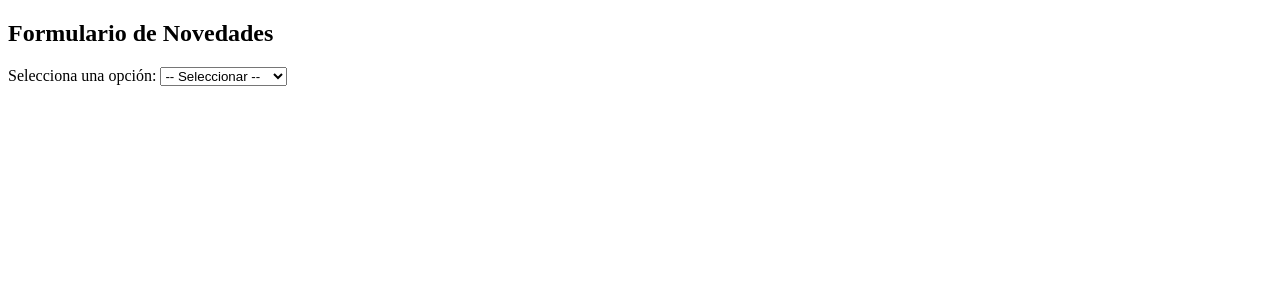
Repository: tayuanlogua/prototipo-de-control-de-accesos
Page: Patrullas/src/novedades.html
These files come from the project's save history. The page is drawn as it stood at one moment and after the next save; the edit follows.
The browser window is 1280 px wide. The pictures show the whole page.

Above is the page before, as saved 2024-09-03 12:42:30.

After the next save:
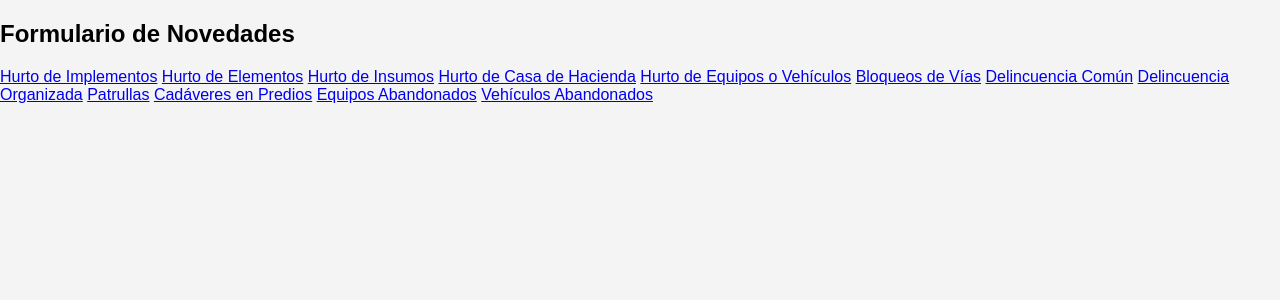
Saved 10 min 40 s later.
--- a/Patrullas/src/novedades.html
+++ b/Patrullas/src/novedades.html
@@ -1,34 +1,29 @@
 <!DOCTYPE html>
 <html lang="es">
-  <head>
-    <meta charset="UTF-8" />
-    <meta name="viewport" content="width=device-width, initial-scale=1.0" />
+<head>
+    <meta charset="UTF-8">
+    <meta name="viewport" content="width=device-width, initial-scale=1.0">
     <title>Formulario de Novedades</title>
-  </head>
-  <body>
+    <link rel="stylesheet" href="styles.css" />
+</head>
+</head>
+<body>
     <h2>Formulario de Novedades</h2>
-    <form action="" method="POST">
-      <label for="novedades">Selecciona una opción:</label>
-      <select id="novedades" name="novedades" onchange="redirigir()">
-        <option value="">-- Seleccionar --</option>
-        <option value="hurtos">Hurtos</option>
-        <option value="bloqueos_de_vias">Bloqueos de Vías</option>
-        <option value="informaciones">Informaciones</option>
-      </select>
-    </form>
 
-    <script>
-      function redirigir() {
-        var seleccion = document.getElementById("novedades").value;
+    <!-- Botones para cada tipo de novedad -->
+    <a href="hurto_implementos.html" class="novedad-button">Hurto de Implementos</a>
+    <a href="hurto_elementos.html" class="novedad-button">Hurto de Elementos</a>
+    <a href="hurto_insumos.html" class="novedad-button">Hurto de Insumos</a>
+    <a href="hurto_casa_hacienda.html" class="novedad-button">Hurto de Casa de Hacienda</a>
+    <a href="hurto_equipos_vehiculos.html" class="novedad-button">Hurto de Equipos o Vehículos</a>
 
-        if (seleccion === "hurtos") {
-          window.location.href = "hurto_form.html"; // Redirige a la página de hurtos
-        } else if (seleccion === "bloqueos_de_vias") {
-          window.location.href = "bloqueos_vias_form.html"; // Redirige a la página de bloqueos de vías
-        } else if (seleccion === "informaciones") {
-          window.location.href = "informaciones_form.html"; // Redirige a la página de informaciones
-        }
-      }
-    </script>
-  </body>
+    <a href="bloqueos_vias.html" class="novedad-button">Bloqueos de Vías</a>
+
+    <a href="informaciones_delincuencia_comun.html" class="novedad-button">Delincuencia Común</a>
+    <a href="informaciones_delincuencia_organizada.html" class="novedad-button">Delincuencia Organizada</a>
+    <a href="informaciones_patrullas.html" class="novedad-button">Patrullas</a>
+    <a href="informaciones_cadaveres.html" class="novedad-button">Cadáveres en Predios</a>
+    <a href="informaciones_equipos_abandonados.html" class="novedad-button">Equipos Abandonados</a>
+    <a href="informaciones_vehiculos_abandonados.html" class="novedad-button">Vehículos Abandonados</a>
+</body>
 </html>
